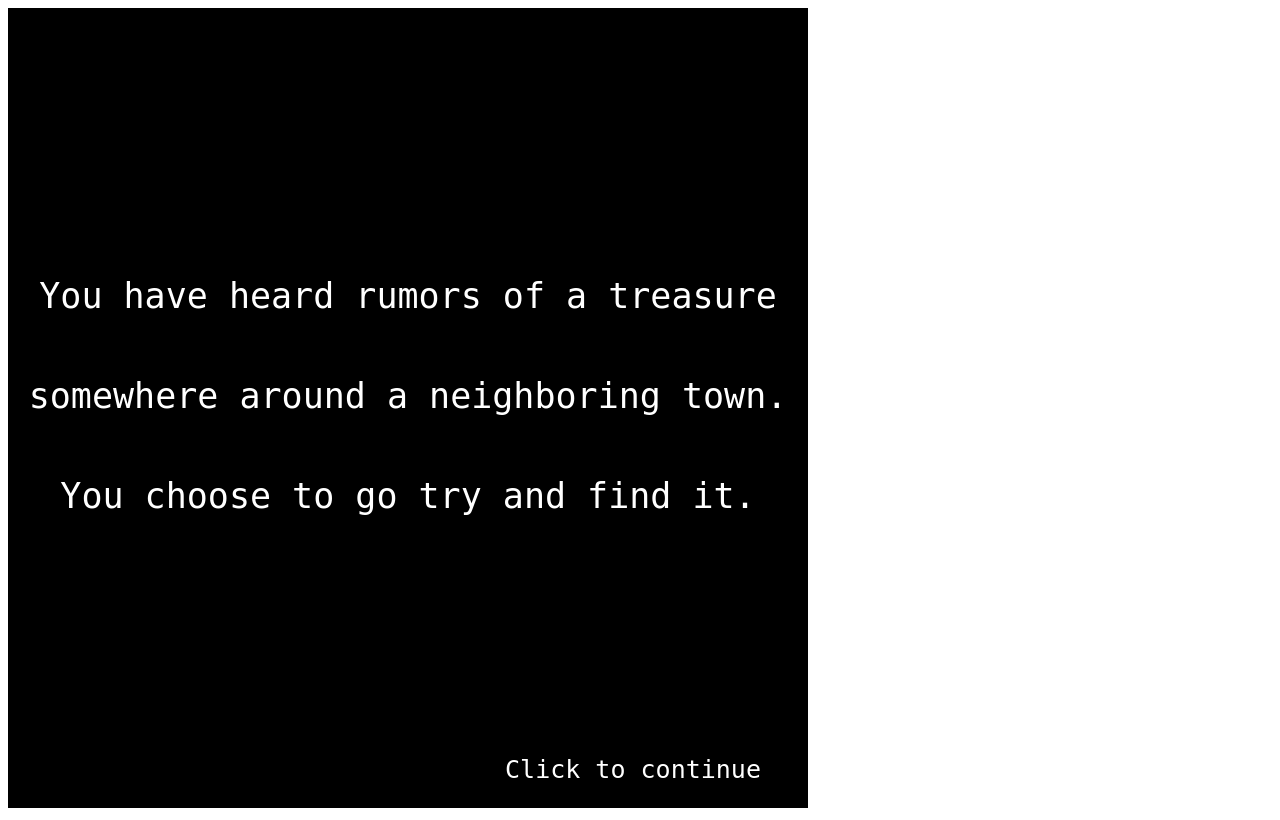
Repository: ca-wong/game
Page: cyoa/index.html
The author's editor kept a record of every edit. The page is drawn from the files as they stood at one moment, then again after the next edit.
The browser window is 1280 px wide. The pictures show the whole page.

Above is the page before.

### cyoa/index.html
<!DOCTYPE html>
<html lang="en">
<head>
    <meta charset="UTF-8">
    <meta name="viewport" content="width=device-width, initial-scale=1.0">
    <meta http-equiv="X-UA-Compatible" content="ie=edge">
    <title>Document</title>
    <style type="text/css">
        canvas{
            margin: 0;
            font-family: "VT323", monospace;
            background-color: rgb(0, 0, 0);
        }
    </style>
    <link href="https://fonts.googleapis.com/css?family=VT323" rel="atylesheet">
</head>

<body id="parent" onload="game();">

    <div style="display:none" id="images">
        <img src="assets/background1.png" id="start"/>
        <img src="assets/background2.png" id="forest1"/>
        <img src="assets/background3.png" id="forest2"/>
        <img src="assets/background4.png" id="cave"/>
        <img src="assets/background5.png" id="bridge"/>
        <img src="assets/background6.png" id="town"/>
        <img src="assets/npc1.png" id="RightNPC1"/>
        <img src="assets/npc1 (2).png" id="RightNPC2"/>
        <img src="assets/npc1 (3).png" id="RightNPC3"/>
        <img src="assets/npc2.png" id="LeftNPC1"/>
        <img src="assets/npc2 (2).png" id="LeftNPC2"/>
        <img src="assets/npc2 (3).png" id="LeftNPC3"/>
        <img src="assets/npc3.png" id="MiddleNPC1"/>
        <img src="assets/npc3 (2).png" id="MiddleNPC2"/>
        <img src="assets/npc3 (3).png" id="MiddleNPC3"/>
        <img src="assets/textbox.png" id="textbox"/>
        <img src="assets/choice.png" id="box"/>
        <img src="assets/black.png" id="ending"/>
        <img src="assets/town2.png" id="town2"/>
    </div>

     <canvas height="800" width="800" id="myCanvas"></canvas>
    <script type="text/javascript" src="game.js"></script>
</body>
</html>

Loaded but not shown: cyoa/game.js (858 lines, source omitted)

After the next edit:
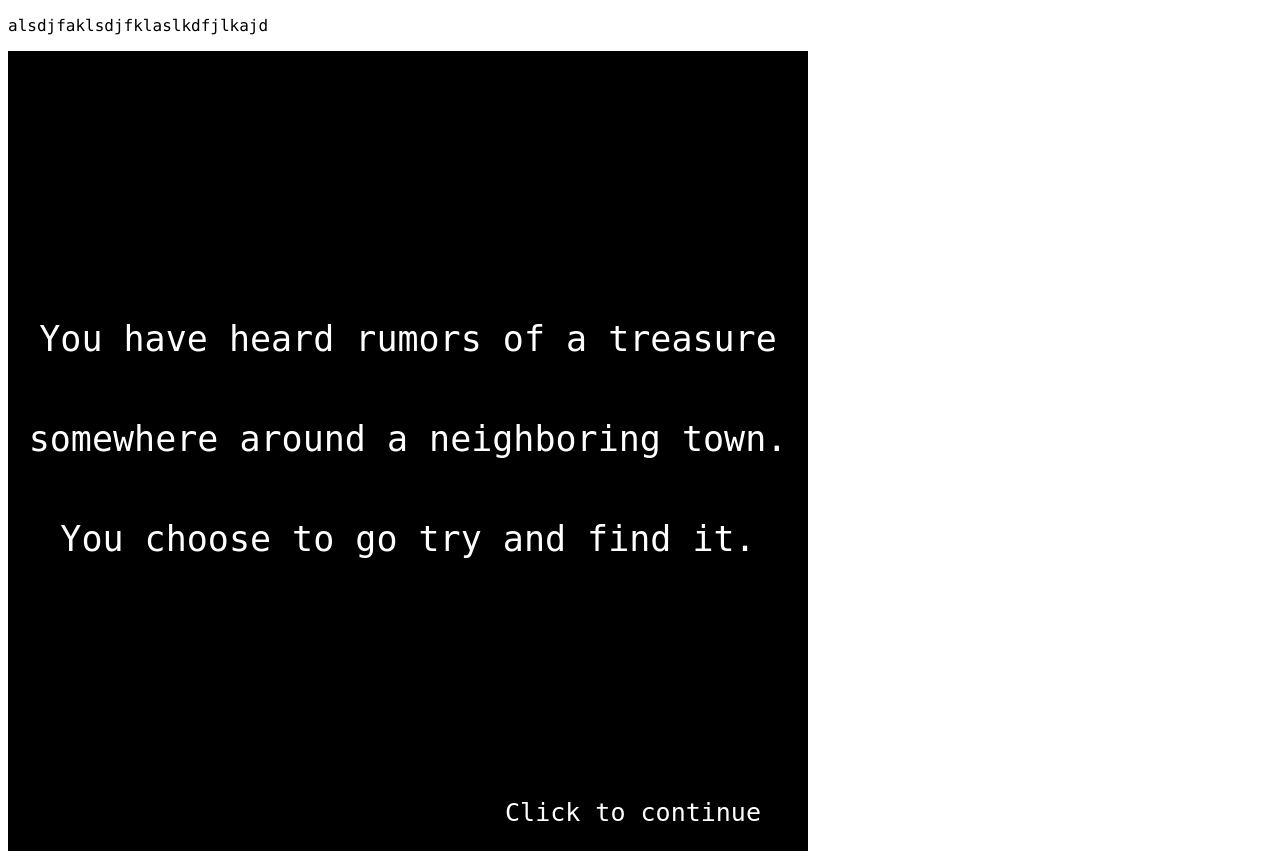
The edit:
--- a/cyoa/index.html
+++ b/cyoa/index.html
@@ -1,45 +1,51 @@
 <!DOCTYPE html>
 <html lang="en">
+
 <head>
     <meta charset="UTF-8">
     <meta name="viewport" content="width=device-width, initial-scale=1.0">
     <meta http-equiv="X-UA-Compatible" content="ie=edge">
     <title>Document</title>
     <style type="text/css">
-        canvas{
+        canvas {
             margin: 0;
-            font-family: "VT323", monospace;
             background-color: rgb(0, 0, 0);
+        }
+
+        * {
+            font-family: Monaco, monospace, "VT323", "Palatino Linotype", "Book Antiqua", Palatino, serif;
+
         }
     </style>
     <link href="https://fonts.googleapis.com/css?family=VT323" rel="atylesheet">
 </head>
 
 <body id="parent" onload="game();">
-
+<p>alsdjfaklsdjfklaslkdfjlkajd</p>
     <div style="display:none" id="images">
-        <img src="assets/background1.png" id="start"/>
-        <img src="assets/background2.png" id="forest1"/>
-        <img src="assets/background3.png" id="forest2"/>
-        <img src="assets/background4.png" id="cave"/>
-        <img src="assets/background5.png" id="bridge"/>
-        <img src="assets/background6.png" id="town"/>
-        <img src="assets/npc1.png" id="RightNPC1"/>
-        <img src="assets/npc1 (2).png" id="RightNPC2"/>
-        <img src="assets/npc1 (3).png" id="RightNPC3"/>
-        <img src="assets/npc2.png" id="LeftNPC1"/>
-        <img src="assets/npc2 (2).png" id="LeftNPC2"/>
-        <img src="assets/npc2 (3).png" id="LeftNPC3"/>
-        <img src="assets/npc3.png" id="MiddleNPC1"/>
-        <img src="assets/npc3 (2).png" id="MiddleNPC2"/>
-        <img src="assets/npc3 (3).png" id="MiddleNPC3"/>
-        <img src="assets/textbox.png" id="textbox"/>
-        <img src="assets/choice.png" id="box"/>
-        <img src="assets/black.png" id="ending"/>
-        <img src="assets/town2.png" id="town2"/>
+        <img src="assets/background1.png" id="start" />
+        <img src="assets/background2.png" id="forest1" />
+        <img src="assets/background3.png" id="forest2" />
+        <img src="assets/background4.png" id="cave" />
+        <img src="assets/background5.png" id="bridge" />
+        <img src="assets/background6.png" id="town" />
+        <img src="assets/npc1.png" id="RightNPC1" />
+        <img src="assets/npc1 (2).png" id="RightNPC2" />
+        <img src="assets/npc1 (3).png" id="RightNPC3" />
+        <img src="assets/npc2.png" id="LeftNPC1" />
+        <img src="assets/npc2 (2).png" id="LeftNPC2" />
+        <img src="assets/npc2 (3).png" id="LeftNPC3" />
+        <img src="assets/npc3.png" id="MiddleNPC1" />
+        <img src="assets/npc3 (2).png" id="MiddleNPC2" />
+        <img src="assets/npc3 (3).png" id="MiddleNPC3" />
+        <img src="assets/textbox.png" id="textbox" />
+        <img src="assets/choice.png" id="box" />
+        <img src="assets/black.png" id="ending" />
+        <img src="assets/town2.png" id="town2" />
     </div>
 
-     <canvas height="800" width="800" id="myCanvas"></canvas>
+    <canvas height="800" width="800" id="myCanvas"></canvas>
     <script type="text/javascript" src="game.js"></script>
 </body>
+
 </html>
